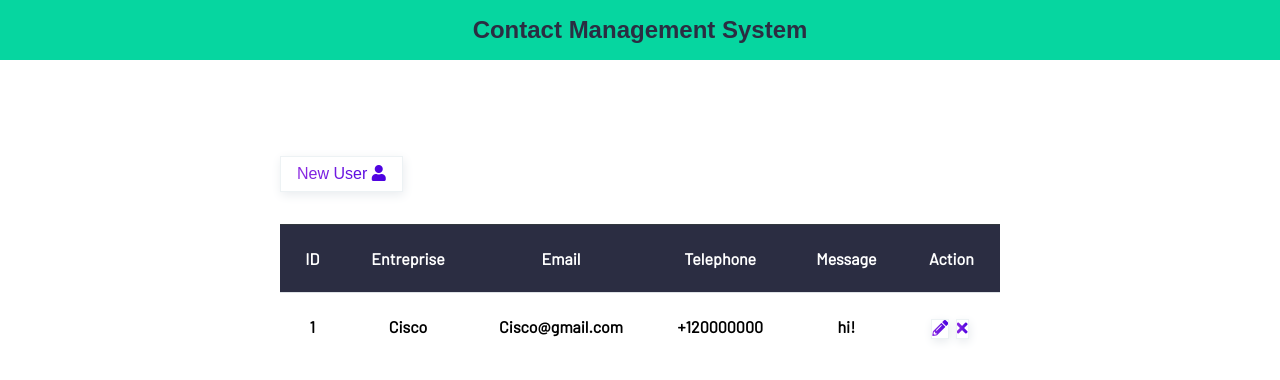
Repository: mohamed-makrani/Global_Development_Service_DBMS
Page: http://localhost/
These files come from the project's save history. The page is drawn as it stood at one moment and after a run of saves; the edit follows.
The browser window is 1280 px wide. The pictures show the whole page.
Some web fonts or font styles are not loaded; a fallback is used. The page is served by the project's Node server (DBMS/server.js). Other server files are loaded and not shown. Queries for data that is not in the repository find no rows.

Above is the page before, as saved 2024-04-23 17:14:18.

### DBMS/views/index.ejs
<!-- include header -->
<%- include('include/_header') %>
<!-- include header -->

 <!-- Main Site -->
 <main id="site-main">
    <div class="container">
        <div class="box-nav d-flex justify-between">
            <a href="/add-user" class="border-shadow">
                <span class="text-gradient">New User <i class="fas fa-user"></i></span>
            </a>
        </div>

        <!-- form handling -->
        <form action="/" method="POST">
            <table class="table">
                <thead class="thead-dark">
                    <tr>
                        <th>ID</th>
                        <th>Entreprise</th>
                        <th>Email</th>
                        <th>Telephone</th>
                        <th>Message</th>
                        <th>Action</th>
                    </tr>
                </thead>
                <tbody>
                    <%- include('include/_show') %>
                </tbody>
            </table>
        </form>
    </div>
</main>
<!-- /Main Site -->

<!-- include footer -->
<%- include('include/_footer') %>
<!-- /include footer -->

### DBMS/views/include/_header.ejs
<!DOCTYPE html>
<html lang="en">
<head>
    <meta charset="UTF-8">
    <meta name="viewport" content="width=device-width, initial-scale=1.0">
    <title>Management System</title>

    <link rel="stylesheet" href="https://cdnjs.cloudflare.com/ajax/libs/font-awesome/5.15.1/css/all.min.css" integrity="sha512-+4zCK9k+qNFUR5X+cKL9EIR+ZOhtIloNl9GIKS57V1MyNsYpYcUrUeQc9vNfzsWfV28IaLL3i96P9sdNyeRssA==" crossorigin="anonymous" />
    <link rel="stylesheet" href="css/style.css">
</head>
<body>

    <!-- Header -->
        <header id="header">
            <nav>
                <div class="container">
                    <div class="text-center">
                        <a href="/" class="nav-brand text-dark"> Contact Management System </a>
                    </div>
                </div>
            </nav>
        </header>
    <!-- /Header -->

### DBMS/views/include/_show.ejs
<tr>
    <th>1</th>
    <th>Cisco</th>
    <th>Cisco@gmail.com</th>
    <th>+120000000</th>
    <th>hi!</th>
    <td>
        <a href="/update-user" class="btn border-shadow update">
            <span class="text-gradient"><i class="fas fa-pencil-alt"></i></span>
        </a>
        <a class="btn border-shadow delete"  >
            <span class="text-gradient"><i class="fas fa-times"></i></span>
        </a>
    </td>
</tr>

<% for(var i = 0; i < users.length; i++) { %>
    <tr>
        <td><%= i + 1 %></td>
        <td><%= users[i].entreprise %></td>
        <td><%= users[i].email %></td>
        <td><%= users[i].telephone %></td>
        <td><%= users[i].message %></td>
        <td>
            <a href="/update-user?id=<%= users[i]._id%>" class="btn border-shadow update">
                <span class="text-gradient"><i class="fas fa-pencil-alt"></i></span>
            </a>
            <a class="btn border-shadow delete" data-id=<%= users[i]._id%> >
                <span class="text-gradient"><i class="fas fa-times"></i></span>
            </a>
        </td>
    </tr>
    <% } %>

### DBMS/server.js
const express = require('express');
const dotenv = require('dotenv');
const morgan = require('morgan');
const bodyparser = require("body-parser");
const path = require('path');

const connectDB = require('./server/database/connection');

const app = express();

dotenv.config( { path : 'config.env'} )

const PORT = process.env.PORT || 8080

// log requests
app.use(morgan('tiny'));

// mongodb connection
connectDB();

// parse request to body-parser
app.use(bodyparser.urlencoded({ extended : true}))

// set view engine
app.set("view engine", "ejs")
//app.set("views", path.resolve(__dirname, "views/ejs"))

// load assets
app.use('/css', express.static(path.resolve(__dirname, "assets/css")))
app.use('/img', express.static(path.resolve(__dirname, "assets/img")))
app.use('/js', express.static(path.resolve(__dirname, "assets/js")))


// load routers
app.use('/', require('./server/routes/router'))


app.listen(PORT, () => {
    console.log(`server is running on port ${PORT}`);
  });

### DBMS/server/controller/controller.js
var Userdb = require('../model/model');

// create and save new user //

exports.create = (req,res)=>{
    // validate request
    if(!req.body){
        res.status(400).send({ message : "Content can not be emtpy!"});
        return;
    }

    // new user
    const user = new Userdb({
        entreprise: req.body.entreprise,
        email : req.body.email,
        telephone : req.body.telephone,
        message  : req.body.message
    })

    // save user in the database
    user
        .save(user)
        .then(data => {
            res.send(data)

        })
        .catch(err =>{
            res.status(500).send({
                message : err.message || "Some error occurred while creating a create operation"
            });
        });

}

// // retrieve and return all users/ retrive and return a single user
exports.find = (req, res)=>{

    if(req.query.id){
        const id = req.query.id;

        Userdb.findById(id)
            .then(data =>{
                if(!data){
                    res.status(404).send({ message : "Not found user with id "+ id})
                }else{
                    res.send(data)
                }
            })
            .catch(err =>{
                res.status(500).send({ message: "Erro retrieving user with id " + id})
            })

    }else{
        Userdb.find()
            .then(user => {
                res.send(user)
            })
            .catch(err => {
                res.status(500).send({ message : err.message || "Error Occurred while retriving user information" })
            })
    }


}

// Update a new idetified user by user id
exports.update = (req, res)=>{
    if(!req.body){
        return res
            .status(400)
            .send({ message : "Data to update can not be empty"})
    }

    const id = req.params.id;
    Userdb.findByIdAndUpdate(id, req.body, { useFindAndModify: false})
        .then(data => {
            if(!data){
                res.status(404).send({ message : `Cannot Update user with ${id}. Maybe user not found!`})
            }else{
                res.send(data)
            }
        })
        .catch(err =>{
            res.status(500).send({ message : "Error Update user information"})
        })
}

// Delete a user with specified user id in the request
exports.delete = (req, res)=>{
    const id = req.params.id;

    Userdb.findByIdAndDelete(id)
        .then(data => {
            if(!data){
                res.status(404).send({ message : `Cannot Delete with id ${id}. Maybe id is wrong`})
            }else{
                res.send({
                    message : "User was deleted successfully!"
                })
            }
        })
        .catch(err =>{
            res.status(500).send({
                message: "Could not delete User with id=" + id
            });
        });
}

### DBMS/server/services/render.js
const axios = require('axios');

exports.homeRoutes = (req, res) => {
    // Make a get request to /api/users
    axios.get('http://localhost:3000/api/users')
        .then(function(response){
            res.render('index', { users : response.data });
        })
        .catch(err =>{
            res.send(err);
        })


}


exports.add_user = (req, res) =>{
    res.render('add_user');
}

exports.update_user = (req, res) =>{
    res.render('update_user');
}

### DBMS/assets/css/style.css
@import url('https://fonts.googleapis.com/css2?family=Barlow&family=PT+Sans&display=swap');

:root {
    --dark: #2b2d42;
    --light: #adb5bd;
    --border: #dee2e6;
    --border-btn: #edf2f4;
}

* {
    padding: 0;
    margin: 0;
    box-sizing: border-box;
}

a {
    text-decoration: none;
    font-family: 'PT Sans', sans-serif;
}

.container {
    max-width: 720px;
    margin: auto;
}

.nav-brand {
    font-size: 1.5em;
    font-weight: bold;
}

.d-flex {
    display: flex;
    flex-wrap: wrap;
}

.justify-between {
    justify-content: space-between;
}

.text-center {
    text-align: center;
}

.border-shadow {
    border: 1px solid var(--border-btn);
    box-shadow: 1px 3px 10px #e9ecef;
}

.text-dark {
    color: var(--dark);
}

.inline {
    display: inline-block;
}

.text-light {
    color: var(--light);
}

.text-gradient {
    background: linear-gradient(to right, #8e2de2, #4a00e0);
    -webkit-background-clip: text;
    background-clip: text;
    -webkit-text-fill-color: transparent;
}

#header nav {
    background-color: #06d6a0;
    padding: 1em 0;
    width: 100%;
}

#site-main {
    margin-top: 6em;
    font-family: 'Barlow', sans-serif;
}

#site-main .container .box-nav > a {
    font-size: 1em;
    padding: .5em 1em;
}

#site-main .container form {
    margin: 2em 0;
}

table {
    border-spacing: 0px;
    width: 100%;
}

.table td,
.table th {
    padding: 1.5em; /* Adjust padding to add space */
    vertical-align: top;
    text-align: center;
    border-top: 1px solid var(--border);
}

.table td > a.btn {
    display: inline-block;
    vertical-align: middle;
    margin-right: 0.2em;
}

.table tr {
    height: 3em;
}

.table tr:hover {
    background-color: #06d6a0;
}

.table tr:hover td > a {
    box-shadow: none;
}

.table .thead-dark th {
    color: #fff;
    background-color: var(--dark);
    border-color: #32383e;
}

@media only screen and (max-width: 1024px) {
    table,
    thead,
    tbody,
    th,
    td,
    tr {
        display: block;
    }

    thead tr {
        position: absolute;
        top: -9999px;
        left: -9999px;
    }

    tr {
        border: 1px solid var(--border);
    }

    td {
        border: none;
        position: relative;
    }
}

/*  add user & update user template */
.form-title{
    margin-top: 2em;
}

.form-title > h2{
    padding: .5em 0;
}

.new_user{
    max-width: 786px;
    margin: auto;
}

#update_user .form-group,
#add_user .form-group{
    margin: .4em 0;
}

#update_user .form-group input[type="text"],
#add_user .form-group input[type="text"]{
    width: 100%;
    padding: .6em 1em;
    margin: .5em 0;
    border: 1px solid var(--border);
    font-family: 'Barlow', sans-serif;
    font-size: 1em;
    border-radius: .2em;
}

#update_user .form-group .radio,
#add_user .form-group .radio{
    margin: 1em 2em;
}

/* adding style to radio buttons */
.radio input[type='radio']{
    position: absolute;
    opacity: 0;
}

.radio input[type='radio'] + .radio-label:before{
    content: "";
    background: var(--border-btn);
    border-radius: 100%;
    border: 1px solid var(--border);
    display: inline-block;
    width: 1em;
    height: 1em;
    position: relative;
    top: -0em;
    margin-right: .5em;
    vertical-align: top;
    cursor: pointer;
    text-align: center;
    -webkit-transition: all 250ms ease;
    transition: all 250ms ease;
}

.radio input[type='radio']:checked + .radio-label:before{
    background-color: #16db93;
    box-shadow: inset 0 0 0 4px #e9ecef;
}

.radio input[type='radio']:focus + .radio-label:before{
    outline: none;
    border-color:#16db93;
}

.radio input[type='radio']:disabled + .radio-label:before{
    box-shadow: inset 0 0 0 4px #e9ecef;
    border-color: #b4b4b4;
    background: #b4b4b4;
}

#update_user .form-group .btn,
#add_user .form-group .btn {
    width: 100%;
    padding: .9em 1em;
    background-color: #16db93;
    border: none;
    font-family: 'PT Sans', sans-serif;
    font-size: 1em;
    cursor: pointer;
    border-radius: .6em;
    margin: .5em 0;
}

#update_user .form-group .btn:hover,
#add_user .form-group .btn:hover {
    background-color: var(--dark);
    color: var(--border);
}

Loaded but not shown: DBMS/views/include/_footer.ejs (common file); assets/js/index.js (no copy from this time; the picture is the same without it)

After the next 2 saves:
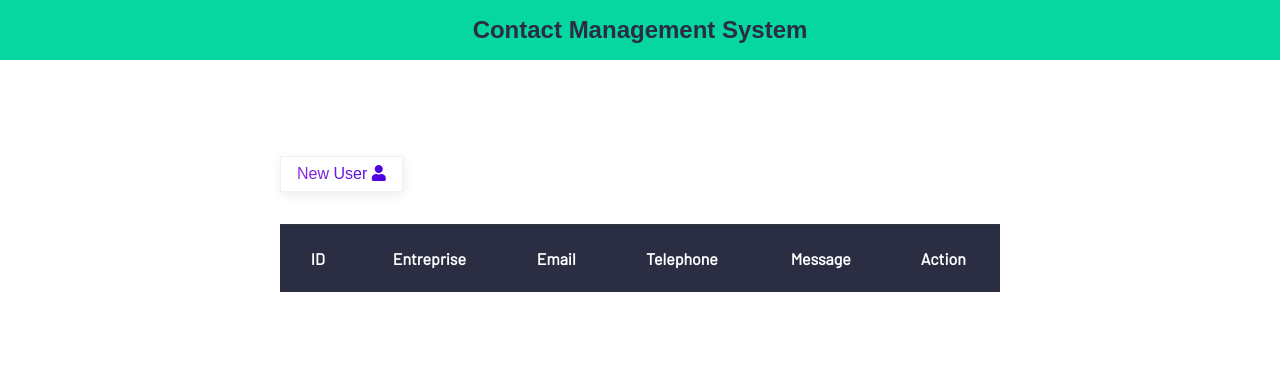
The 2 saves are shown as one change because they came seconds apart.
The last was saved 8 s later.
--- a/DBMS/views/include/_show.ejs
+++ b/DBMS/views/include/_show.ejs
@@ -1,18 +1,3 @@
-<tr>
-    <th>1</th>
-    <th>Cisco</th>
-    <th>Cisco@gmail.com</th>
-    <th>+120000000</th>
-    <th>hi!</th>
-    <td>
-        <a href="/update-user" class="btn border-shadow update">
-            <span class="text-gradient"><i class="fas fa-pencil-alt"></i></span>
-        </a>
-        <a class="btn border-shadow delete"  >
-            <span class="text-gradient"><i class="fas fa-times"></i></span>
-        </a>
-    </td>
-</tr>
 
 <% for(var i = 0; i < users.length; i++) { %>
     <tr>
